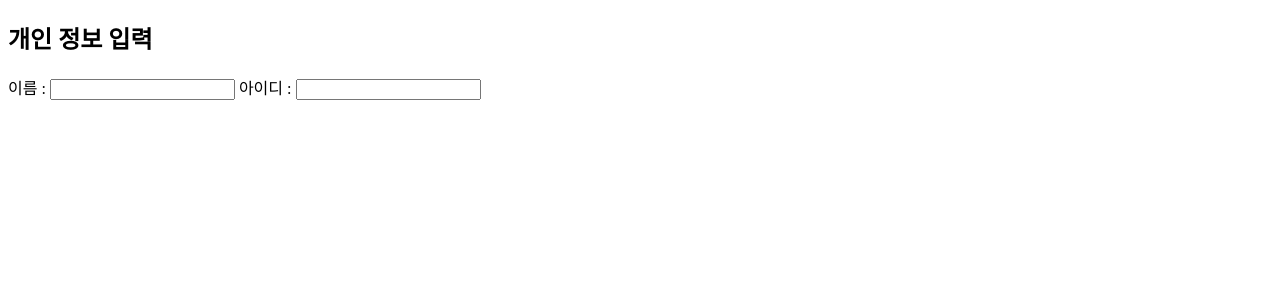
Repository: cdj6995/Web
Page: Lecture-Web/src/main/webapp/servlet/Pinfoinput.html
An editor plug-in stored every save of this project. The page is shown before and after the next save, followed by the edit.
The browser window is 1280 px wide. The pictures show the whole page.

Above is the page before, as saved 2022-06-02 10:19:07.

After the next save:
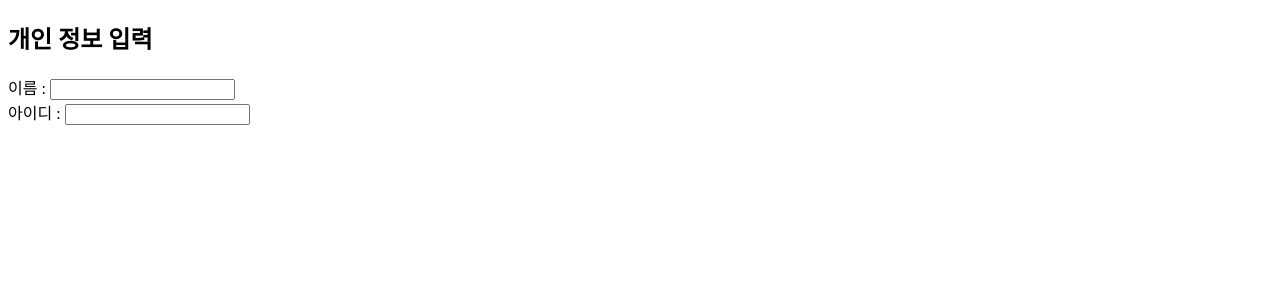
Saved 10 s later.
--- a/Lecture-Web/src/main/webapp/servlet/Pinfoinput.html
+++ b/Lecture-Web/src/main/webapp/servlet/Pinfoinput.html
@@ -7,7 +7,7 @@
 <body>
 	<h2>개인 정보 입력</h2>
 	<form action="Lecture-Web/pinfoResult" method="get">
-		이름 : <input>
+		이름 : <input> <br>
 		아이디 : <input>
 	</form>
 </body>
